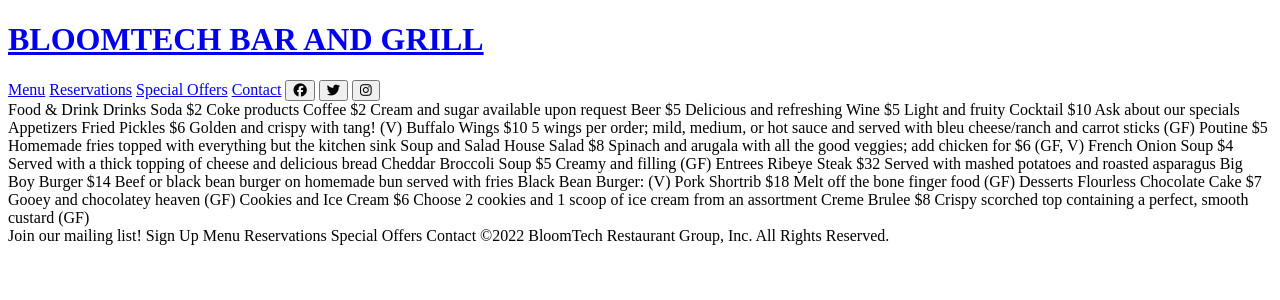
Repository: yoshimario/web-sprint-challenge-user-interface-responsive-design
Page: menu.html
The author's editor kept a copy of each file at every save. The page is drawn from the files as they stood at one save, then again after a run of saves.
The browser window is 1280 px wide. The pictures show the whole page.
Some web libraries are served in a nearby version.

Above is the page before, as saved 2023-06-10 23:52:21.

After the next 2 saves:
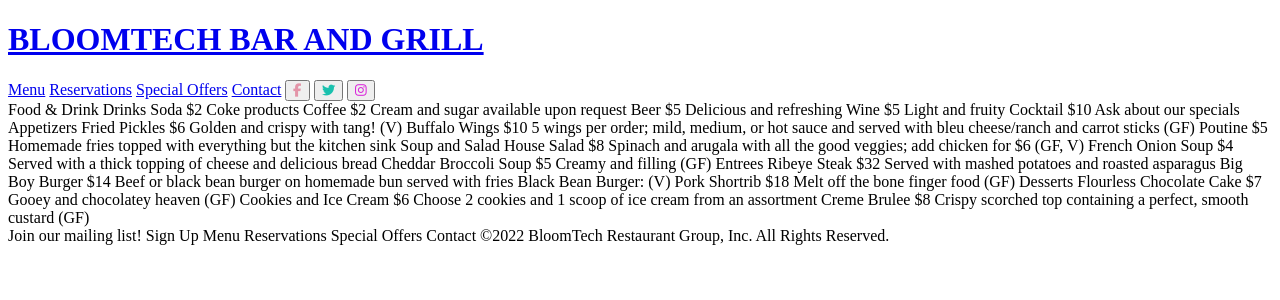
The 2 saves are shown as one change because they came seconds apart.
The last was saved 14 s later.
--- a/menu.html
+++ b/menu.html
@@ -23,9 +23,9 @@
                 <a href="reservations.html">Reservations</a>
                 <a href="specialoffers.html">Special Offers</a>
                 <a href="contact.html">Contact</a>
-                <button><i class="fa-brands fa-facebook"></i></button>
-                <button><i class="fa-brands fa-twitter"></i></button>
-                <button><i class="fa-brands fa-instagram"></i></button>
+                <button><i class="fa-brands fa-facebook-f fa-beat-fade" style="color: #d20f3f;"></i></button>
+                <button><i class="fa-brands fa-twitter fa-bounce" style="color: #1ac1ae;"></i></button>
+                <button><i class="fa-brands fa-instagram fa-spin-pulse" style="color: #d926d9;"></i></button>
             </nav>
         </header>
 
